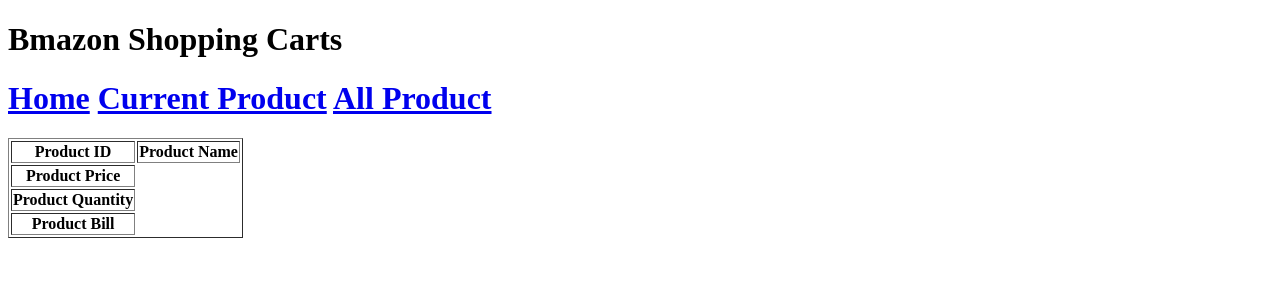
Repository: shivendra05/WebService_SpringRest
Page: http://localhost/23_MVC_JPA/WEB-INF/views/usersData.jsp
These files come from the project's save history. The page is drawn as it stood at one moment and after the next save; the edit follows.
The browser window is 1280 px wide. The pictures show the whole page.
The page is served by Tomcat 9. Nobody is signed in. The template is opened directly, without the code that normally fills it, so the values that code supplies are empty.

Above is the page before, as saved 2021-12-07 12:48:07.

After the next save:
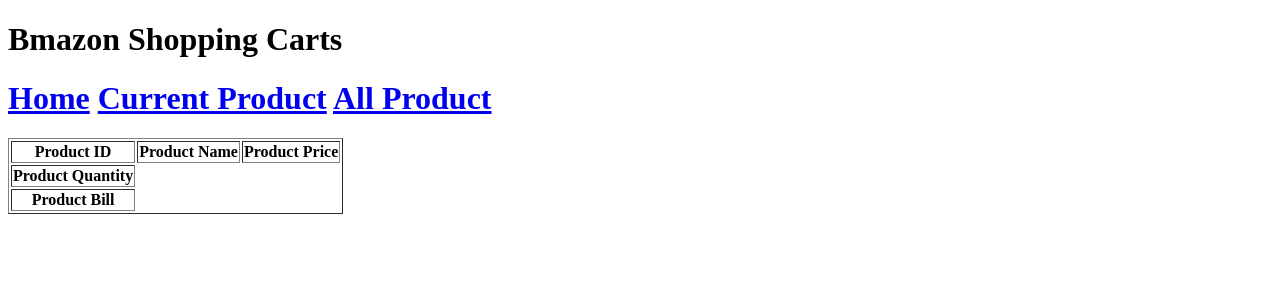
Saved 2 min 11 s later.
--- a/SpringBoot@7AM/23_MVC_JPA/src/main/webapp/WEB-INF/views/usersData.jsp
+++ b/SpringBoot@7AM/23_MVC_JPA/src/main/webapp/WEB-INF/views/usersData.jsp
@@ -21,8 +21,7 @@
 	<table border="1">
 		<tr>
 			<th>Product ID</th>
-			<th>Product Name
-		</tr>
+			<th>Product Name</th>
 		<th>Product Price
 		</tr>
 		<th>Product Quantity
